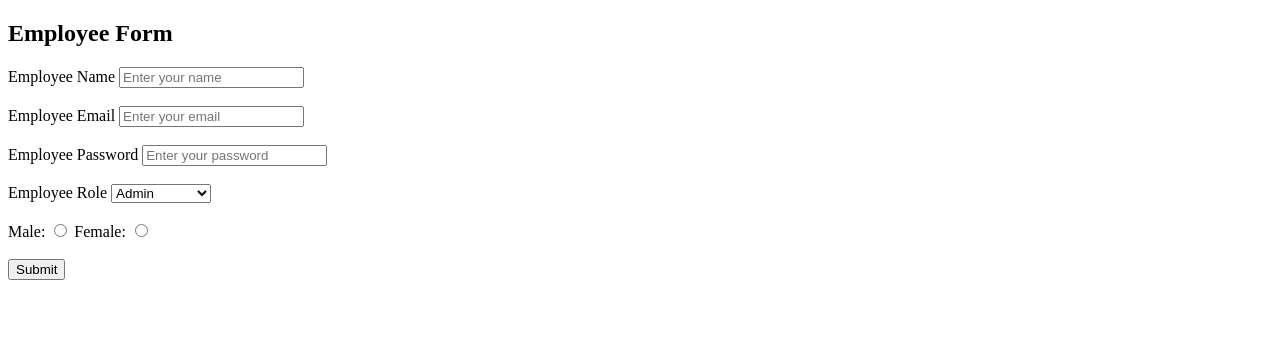
Repository: mrhpn/JavaEE--JSP-SERVLET
Page: JSP_JSTL/WebContent/employee-form.html
An editor plug-in stored every save of this project. The page is shown before and after the next save, followed by the edit.
The browser window is 1280 px wide. The pictures show the whole page.

Above is the page before, as saved 2021-04-01 07:44:46.

### JSP_JSTL/WebContent/employee-form.html
<!DOCTYPE html>
<html>
<head>
<meta charset="ISO-8859-1">
<title>Insert title here</title>
</head>
<body>
	<h2>Employee Form</h2>

	<form action="read-employee-form.jsp" method="GET">
		<label>Employee Name</label>
		<input type="text" name="employeeName" placeholder="Enter your name" required="required" />
		<br><br>

		<label>Employee Email</label>
		<input type="email" name="employeeEmail" placeholder="Enter your email" required="required" />
		<br><br>

		<label>Employee Password</label>
		<input type="password" name="employeePassword" placeholder="Enter your password" required="required" />
		<br><br>

		<label>Employee Role</label>
		<select name="employeeRole" required="required">
			<option disabled="disabled">Choose Role</option>
			<option value="admin">Admin</option>
			<option value="manager">Manager</option>
			<option value="staff">Staff</option>
		</select>
		<br><br>

		Male: <input type="radio" name="employeeGender" value="Male" required="required"/>
		Female: <input type="radio" name="employeeGender" value="Female" required="required"/>
		<br><br>

		<input type="submit" value="Submit" />
	</form>

</body>
</html>

After the next save:
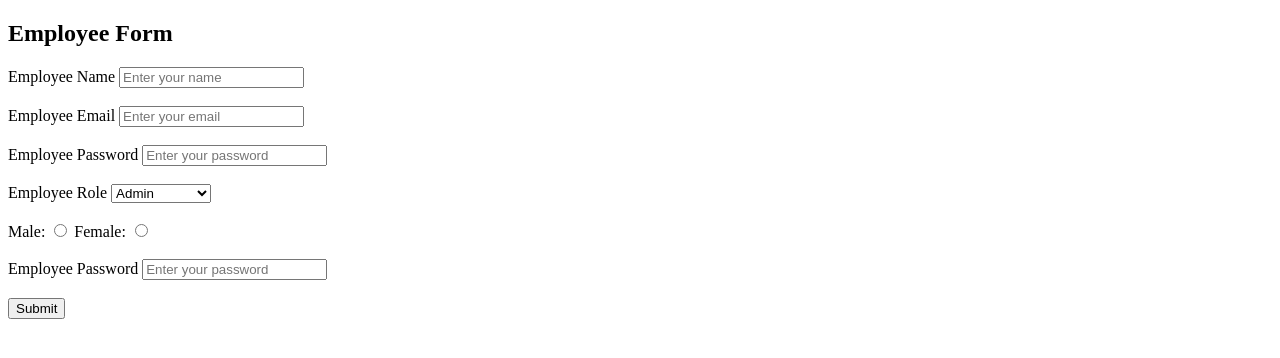
Saved 11 s later.
--- a/JSP_JSTL/WebContent/employee-form.html
+++ b/JSP_JSTL/WebContent/employee-form.html
@@ -33,6 +33,10 @@
 		Female: <input type="radio" name="employeeGender" value="Female" required="required"/>
 		<br><br>
 
+		<label>Employee Password</label>
+		<input type="password" name="employeePassword" placeholder="Enter your password" required="required" />
+		<br><br>
+
 		<input type="submit" value="Submit" />
 	</form>
 
